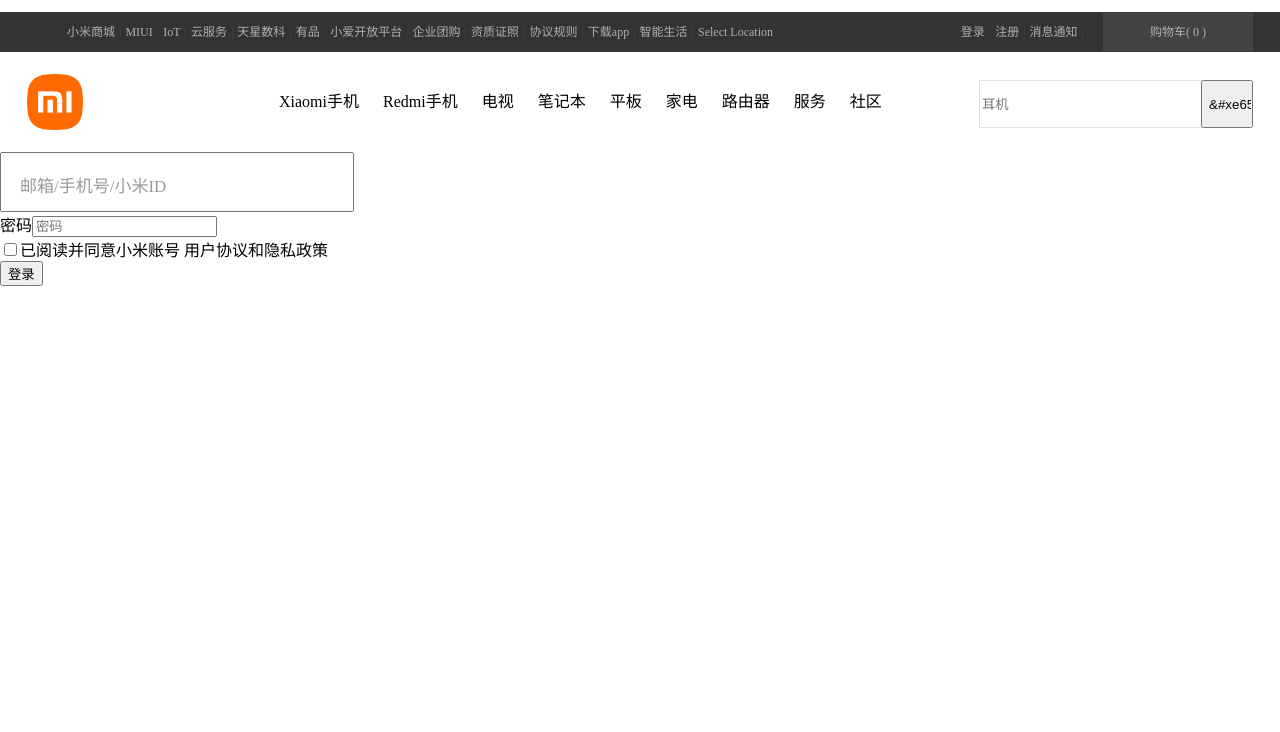
Repository: PLA-31695/Xiaomi
Page: /#/login
The author's editor kept a copy of each file at every save. The page is drawn from the files as they stood at one save, then again after the next save.
The browser window is 1280 px wide. The pictures show the whole page.
The project was rebuilt for these pictures with package versions that can differ from the ones it lists, and the page was loaded fresh each time. Also part of the build but not shown: vue.config.js, src/views/Home/home.vue, src/views/Register/register.vue.

Above is the page before, as saved 2022-03-21 13:00:58.

### src/main.js
import Vue from 'vue'
import App from './App.vue'
import router from '@/router'
import '@/assets/css/global.css'

Vue.config.productionTip = false

new Vue({
  router,
  render: h => h(App),
}).$mount('#app')

### src/App.vue
<template>
 <div>
    <MyHeader></MyHeader>
  <router-view></router-view>
 </div>
</template>

<script>
import MyHeader from '@/components/Header/my-header'
export default {
  name: 'App',
  components: {
    MyHeader
  }
}
</script>

<style>
#app {
  font-family: Avenir, Helvetica, Arial, sans-serif;
  -webkit-font-smoothing: antialiased;
  -moz-osx-font-smoothing: grayscale;
  text-align: center;
  color: #2c3e50;
  margin-top: 60px;
}
</style>

### src/router/index.js
//配置router
import Vue from 'vue'
import VueRouter from 'vue-router'

Vue.use(VueRouter)


import Home from '@/views/Home/home'
import Register from '@/views/Register/register'
import Login from '@/views/Login/login'

export default new VueRouter({
    routes: [
        {
            path: '/home',
            component:Home
        },
        {
            path: '/register',
            component:Register
        },
        {
            path: '/login',
            component:Login
        }
    ],
    // mode: {
    //     history
    // }
})

### src/assets/css/global.css
html,body,#app{
    height: 100%;
    width:100%;
    margin:0;
    padding:0;
    box-sizing: border-box;
}
.container{
    width: 1226px;
    margin: 0 auto;
}
ul{
    margin-top: 0;
    list-style: none;
}
a{
    color: white;
    text-decoration: none;
}

### src/components/Header/my-header.vue
<template>
   <header class="header">
        <div class="site-topbar">
            <div class="container">
                <div class="topbar-left">
                    <ul>
                        <li>小米商城</li>
                        <li>MIUI</li>
                        <li>IoT</li>
                        <li>云服务</li>
                        <li>天星数科</li>
                        <li>有品</li>
                        <li>小爱开放平台</li>
                        <li>企业团购</li>
                        <li>资质证照</li>
                        <li>协议规则</li>
                        <li>下载app</li>
                        <li>智能生活</li>
                        <li>Select Location</li>
                    </ul>
                </div>
               <div class="topbar-right">
                   <a href="">
                    <div class="topbar-cart">
                        购物车( 0 )
                    </div>
                   </a>
                   <!-- <div class="cart-menu">
                    购物车中还没有商品，赶紧选购吧！
                   </div> -->
                   <div class="topbar-usrInfo">
                    <ul>
                        <li>登录</li>
                        <li>注册</li>
                        <li>消息通知</li>
                    </ul>
                </div>
               </div>
            </div>

        </div>
        <div class="site-header">
            <div class="container">
                <div class="header-logo">
                    <a href="index.html" title="小米官网">小米官网</a>
                </div>
                <div class="header-nav">
                    <ul>
                        <li class="nav-item">Xiaomi手机</li>
                        <li class="nav-item">Redmi手机</li>
                        <li class="nav-item">电视</li>
                        <li class="nav-item">笔记本</li>
                        <li class="nav-item">平板</li>
                        <li class="nav-item">家电</li>
                        <li class="nav-item">路由器</li>
                        <li class="nav-item">服务</li>
                        <li class="nav-item">社区</li>
                    </ul>
                </div>
                <div class="header-search">
                    <input type="search" placeholder="耳机" class="search-text">
                    <input type="submit" class="search-btn" value="&#xe651;">
                </div>
            </div>
        </div>
   </header>
</template>

<script>
export default {
    name:'my-header'
}
</script>

<style lang="less">
    .site-topbar{
        height: 40px;
        background-color: #333;
        color:#b0b0b0;
        font-size:12px;
        line-height: 40px;
        .topbar-left{
            ul li {
                float: left;
                display: inline-block;
            }
            ul li::after{
                content: "|";
                display: inline-block;
                margin: 0 4px;
                color: #424242;
            }
        }
        .topbar-right{
            .topbar-cart{
                float: right;
                margin-left: 15px;
                width: 150px;
                height: 40px;
                text-align: center;
                background-color: #424242;
                color: #b0b0b0;
            }
            .topbar-usrInfo{
                float: right;
                height: 40px;
                line-height: 40px;
                ul li{
                    float:left;
                }
                ul li::after{
                content: "|";
                display: inline-block;
                margin: 0 4px;
                color: #424242;
            }
            }
        }
    }

    .site-header{
        height: 100px;
        .header-logo{
            float: left;
            a::before{
                content: "";
                display: inline-block;
                width: 56px;
                height: 56px;
                margin-top: 22px;
                background: url('../../assets/images/logo-mi2.png');
                background-size: 56px 56px;
                background-repeat: no-repeat;
            }
        }
        .header-nav{
            float: left;
            width: 800px;
            height: 100px;
            margin-left: 80px;
            line-height: 100px;
            ul li {
                float: left;
                margin: 0 12px;
                font-size: 16px;

            }
        }
        .header-search{
            position: relative;
            .search-text{
                position: absolute;
                top: 28px;
                right: 51px;
                height: 48px;
                width: 223px;
                border:1px solid #e0e0e0;
            }
            .search-btn{
                position: absolute;
                top: 28px;
                right: 0;
                height: 48px;
                width: 52px;
            }
        }
    }
</style>

### src/views/Login/login.vue
<!--  -->
<template>
  <div class="login">
    <form action="">
      <div class="username" id="username">
        <label for="username" class="float-label">邮箱/手机号/小米ID</label>
        <input type="text" />
      </div>
      <div class="password" id="password">
        <label for="password" class="float-label">密码</label>
        <input type="password" placeholder="密码" />
      </div>
      <div class="checkbox">
        <input type="checkbox" />已阅读并同意小米账号 用户协议和隐私政策
      </div>
    </form>
    <button type="submit">登录</button>
  </div>
</template>

<script>
export default {
  components: {},
  data() {
    return {};
  },
  computed: {},
  watch: {},
  //方法集合
  methods: {},
  created() {},
  mounted() {},
  beforeCreate() {}, //生命周期 - 创建之前
  beforeMount() {}, //生命周期 - 挂载之前
  beforeUpdate() {}, //生命周期 - 更新之前
  updated() {}, //生命周期 - 更新之后
  beforeDestroy() {}, //生命周期 - 销毁之前
  destroyed() {}, //生命周期 - 销毁完成
  activated() {}, //如果页面有keep-alive缓存功能，这个函数会触发
};
</script>
<style lang='less' scoped>
//@import url(); 引入公共css类
.login {
    .username{
        position: relative;
        input{
            height: 60px;
            min-width: 354px;
            outline: none;
            padding: 30px 20px 10px;
            box-sizing: border-box;
            // border:none
        }
        .float-label{
            position: absolute;
            top:20px;
            left:20px;
            font-size: 17px;
            color: rgba(0,0,0,.4);
            transition: all 1s;
        }
         .float-label-active{
            top: 6px;
            font-size: 6px;
            color:#aaa;
        }
    }
}
</style>

Loaded but not shown: public/index.html (common file)

After the next save:
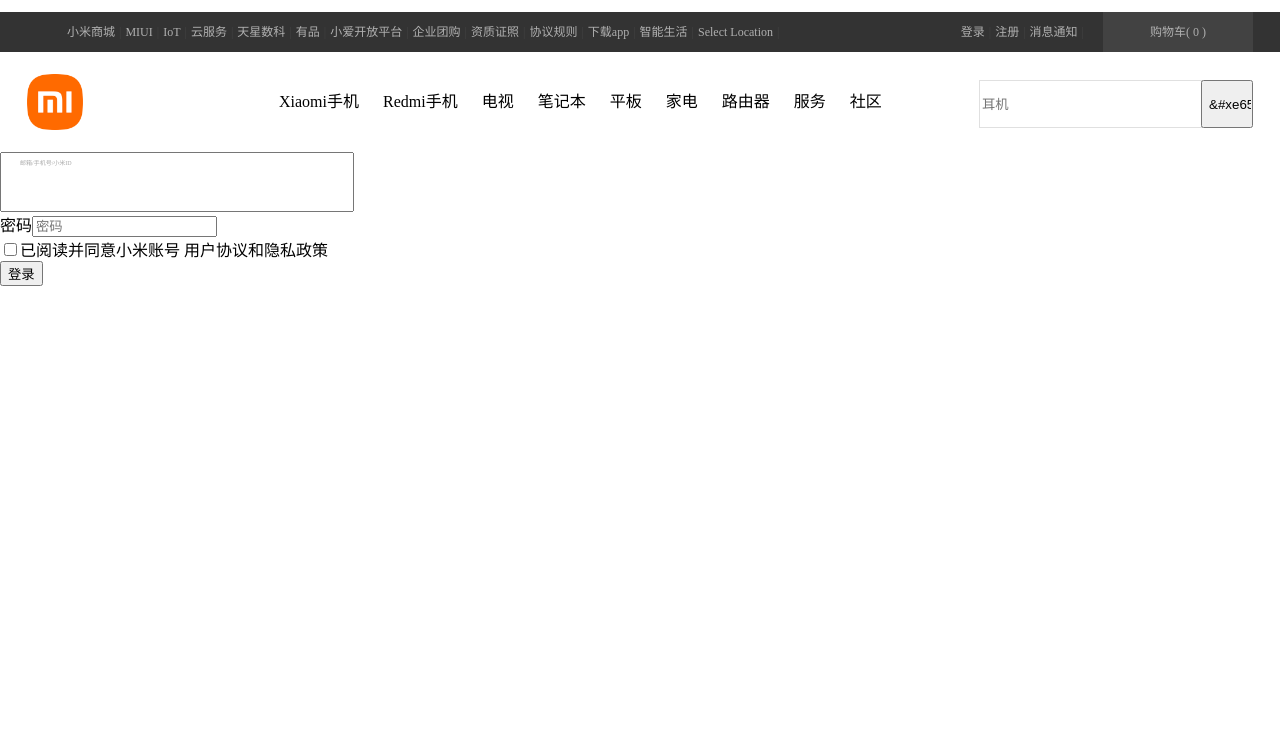
Saved 28 s later.
--- a/src/views/Login/login.vue
+++ b/src/views/Login/login.vue
@@ -3,7 +3,7 @@
   <div class="login">
     <form action="">
       <div class="username" id="username">
-        <label for="username" class="float-label">邮箱/手机号/小米ID</label>
+        <label for="username" class="float-label float-label-active">邮箱/手机号/小米ID</label>
         <input type="text" />
       </div>
       <div class="password" id="password">

After the save that followed:
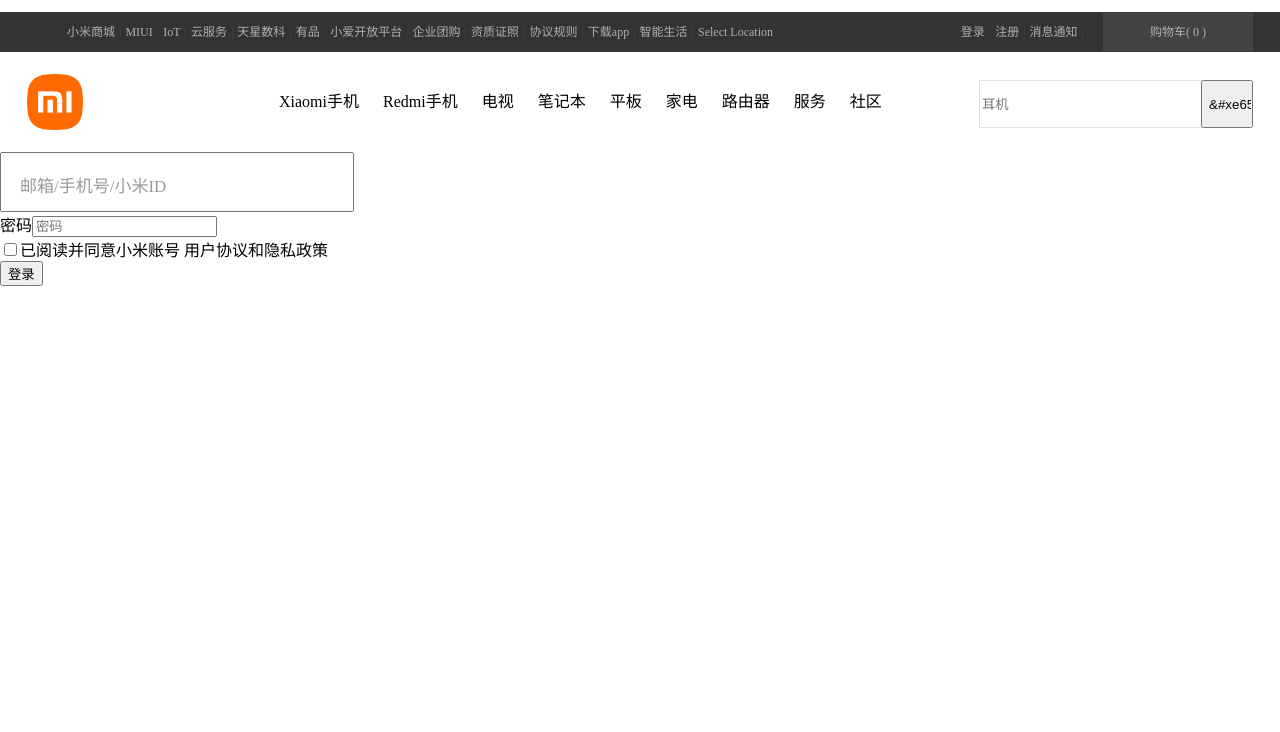
Saved 29 s later.
--- a/src/views/Login/login.vue
+++ b/src/views/Login/login.vue
@@ -3,7 +3,7 @@
   <div class="login">
     <form action="">
       <div class="username" id="username">
-        <label for="username" class="float-label float-label-active">邮箱/手机号/小米ID</label>
+        <label for="username" class="float-label ">邮箱/手机号/小米ID</label>
         <input type="text" />
       </div>
       <div class="password" id="password">
